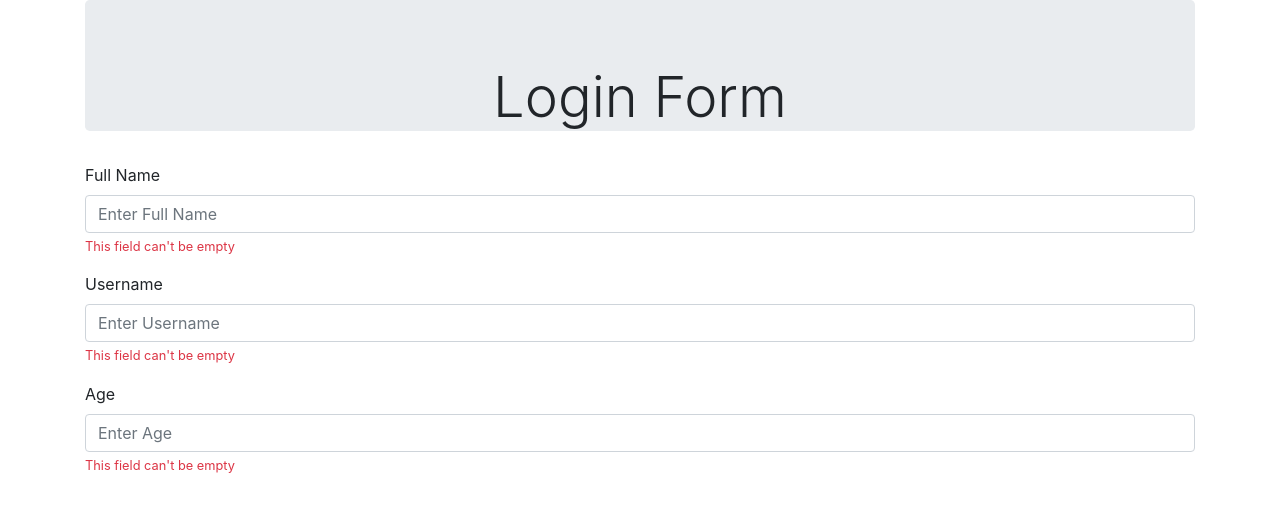
Repository: amar468S/Ng-templateDrivenForm
Page: /
These files come from the project's save history. The page is drawn as it stood at one moment and after a run of saves; the edit follows.
The browser window is 1280 px wide. The pictures show the whole page.
Some web libraries are served in a nearby version. The project was rebuilt for these pictures with package versions that can differ from the ones it lists, and the page was loaded fresh each time. Also part of the build but not shown: angular.json.

Above is the page before, as saved 2019-02-03 15:47:40.

### src/index.html
<!doctype html>
<html lang="en">
<head>
  <meta charset="utf-8">
  <title>NgTemplateForms</title>
  <base href="/">

  <meta name="viewport" content="width=device-width, initial-scale=1">
  <link rel="icon" type="image/x-icon" href="favicon.ico">
  <!-- CSS -->
  <link rel="stylesheet" href="https://stackpath.bootstrapcdn.com/bootstrap/4.2.1/css/bootstrap.min.css" integrity="sha384-GJzZqFGwb1QTTN6wy59ffF1BuGJpLSa9DkKMp0DgiMDm4iYMj70gZWKYbI706tWS" crossorigin="anonymous">

  <!-- JS -->
  <script src="https://code.jquery.com/jquery-3.3.1.slim.min.js" integrity="sha384-q8i/X+965DzO0rT7abK41JStQIAqVgRVzpbzo5smXKp4YfRvH+8abtTE1Pi6jizo" crossorigin="anonymous"></script>
  <script src="https://cdnjs.cloudflare.com/ajax/libs/popper.js/1.14.6/umd/popper.min.js" integrity="sha384-wHAiFfRlMFy6i5SRaxvfOCifBUQy1xHdJ/yoi7FRNXMRBu5WHdZYu1hA6ZOblgut" crossorigin="anonymous"></script>
  <script src="https://stackpath.bootstrapcdn.com/bootstrap/4.2.1/js/bootstrap.min.js" integrity="sha384-B0UglyR+jN6CkvvICOB2joaf5I4l3gm9GU6Hc1og6Ls7i6U/mkkaduKaBhlAXv9k" crossorigin="anonymous"></script>

</head>
<body>
  <app-root></app-root>
</body>
</html>

### src/app/app.component.html
<div class="container">
    <div class="jumbotron pb-0">
      <p class="display-4 text-center mb-0">Login Form</p>
    </div>

  <form>
      <div class="form-group">
          <label>Full Name</label>
          <input type="text" class="form-control" placeholder="Enter Full Name">
          <small class="form-text text-danger">This field can't be empty</small>
      </div>
      <div class="form-group">
          <label>Username</label>
          <input type="text" class="form-control" placeholder="Enter Username">
          <small class="form-text text-danger">This field can't be empty</small>
      </div>
      <div class="form-group">
          <label>Age</label>
          <input type="number" class="form-control" placeholder="Enter Age">
          <small class="form-text text-danger">This field can't be empty</small>
      </div>
  </form>

</div>

Loaded but not shown: src/styles.css (common file); src/main.ts (common file); src/app/app.module.ts (common file); src/environments/environment.ts (common file); src/app/app.component.ts (common file); src/app/app.component.css (no stored copy; drawn as an empty file)

After the next 2 saves:
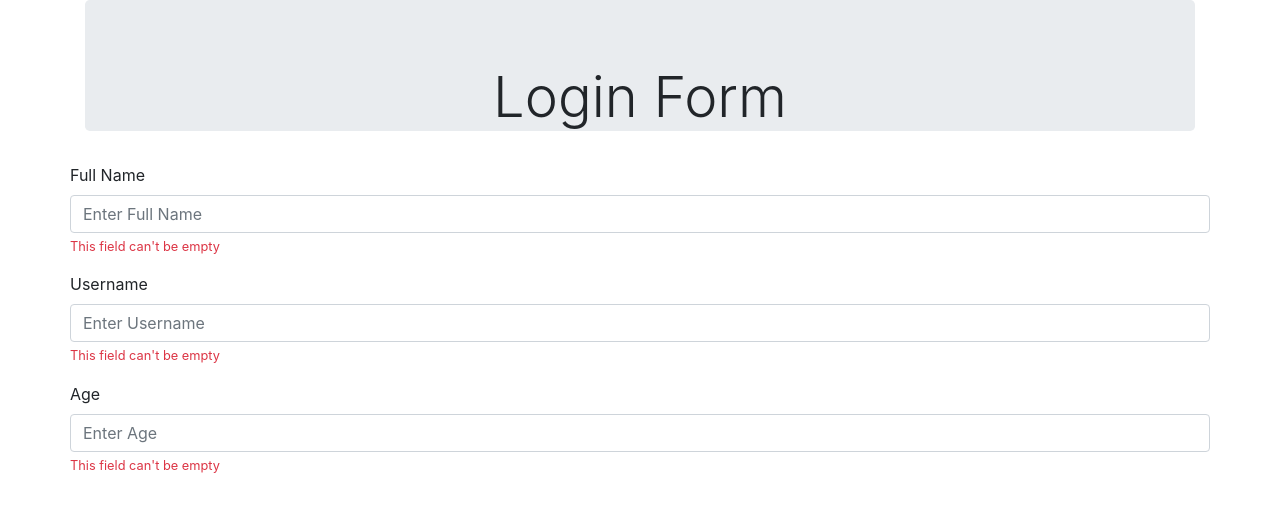
The 2 saves are shown as one change because they came seconds apart.
The last was saved 38 s later.
--- a/src/app/app.component.html
+++ b/src/app/app.component.html
@@ -4,17 +4,17 @@
     </div>
 
   <form>
-      <div class="form-group">
+      <div class="form-group row">
           <label>Full Name</label>
           <input type="text" class="form-control" placeholder="Enter Full Name">
           <small class="form-text text-danger">This field can't be empty</small>
       </div>
-      <div class="form-group">
+      <div class="form-group row">
           <label>Username</label>
           <input type="text" class="form-control" placeholder="Enter Username">
           <small class="form-text text-danger">This field can't be empty</small>
       </div>
-      <div class="form-group">
+      <div class="form-group row">
           <label>Age</label>
           <input type="number" class="form-control" placeholder="Enter Age">
           <small class="form-text text-danger">This field can't be empty</small>
